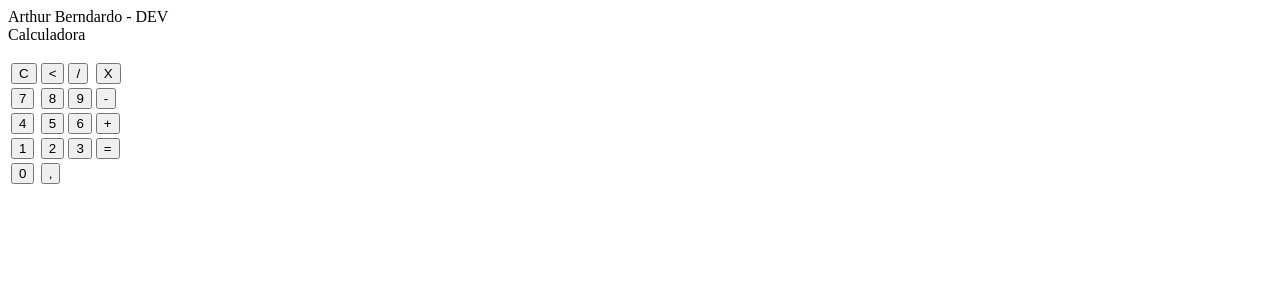
Repository: oThurDev/calculadora
Page: calculadora.html
An editor plug-in stored every save of this project. The page is shown before and after the next save, followed by the edit.
The browser window is 1280 px wide. The pictures show the whole page.

Above is the page before, as saved 2022-02-25 15:19:26.

After the next save:
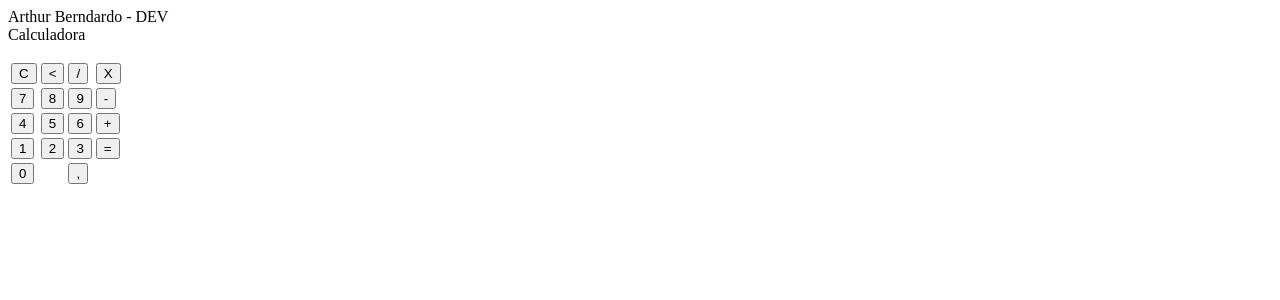
Saved 29 s later.
--- a/calculadora.html
+++ b/calculadora.html
@@ -37,7 +37,7 @@
                     <td><button>=</button></td>
                 </tr>
                 <tr>
-                    <td><button>0</button></td>
+                    <td colspan="2"><button>0</button></td>
                     <td><button>,</button></td>
                 </tr>
             </table>
